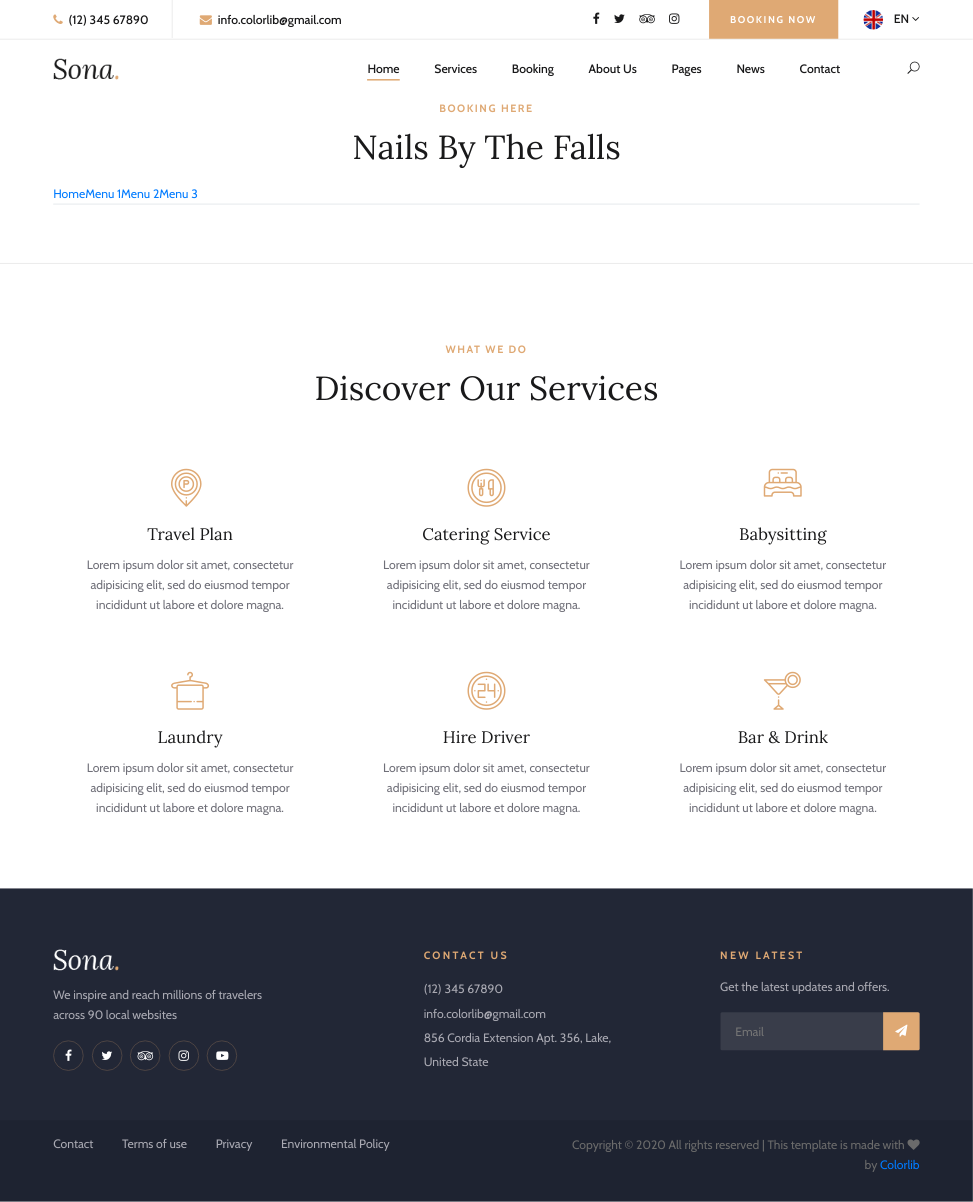
Repository: KeriBoss/Booking_Spa
Page: booking.html
The author's editor kept a copy of each file at every save. The page is drawn from the files as they stood at one save, then again after the next save.
The browser window is 1280 px wide. The pictures show the whole page, at 76% of full size.

Above is the page before, as saved 2023-05-19 15:47:00.

After the next save:
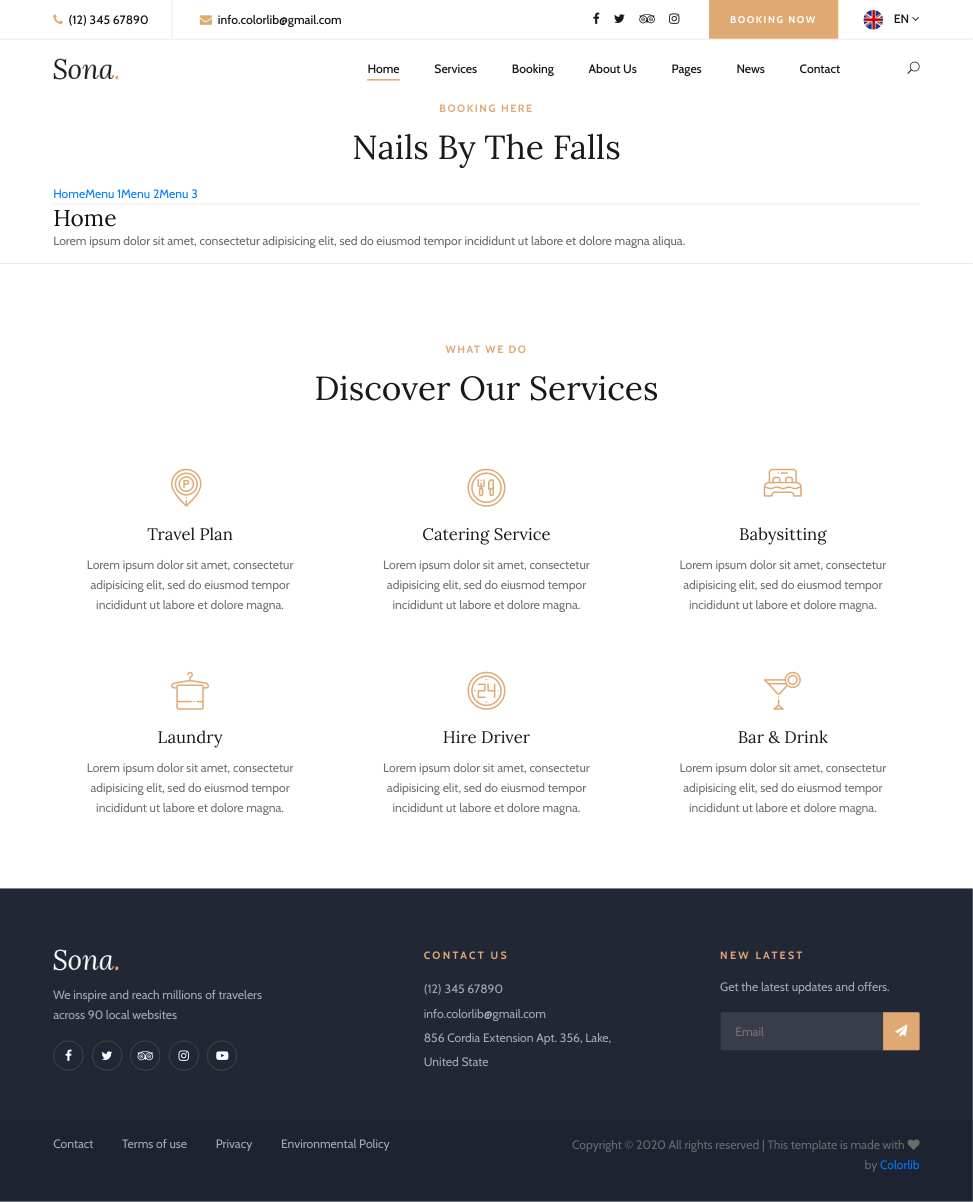
Saved 41 s later.
--- a/booking.html
+++ b/booking.html
@@ -186,7 +186,7 @@
                         </ul>
 
                         <div class="tab-content">
-                            <div id="home" class="tab-pane fade in active">
+                            <div id="home" class="tab-pane fade show active">
                                 <h3>Home</h3>
                                 <p>Lorem ipsum dolor sit amet, consectetur adipisicing elit, sed do eiusmod tempor
                                     incididunt ut labore et dolore magna aliqua.</p>
